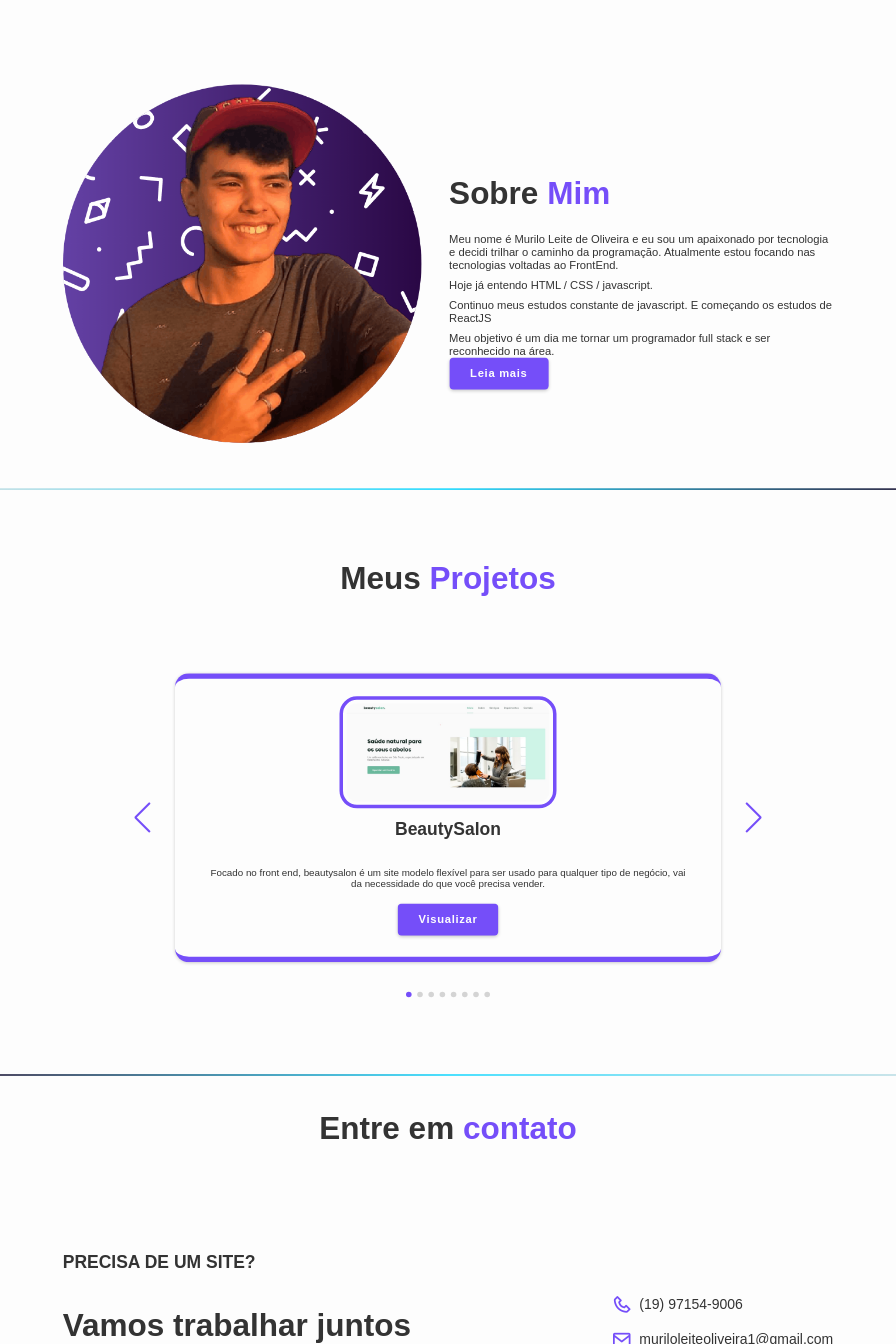
Repository: devMuriloOliveira/Portfolio-
Page: index.html
The author's editor kept a copy of each file at every save. The page is drawn from the files as they stood at one save, then again after the next save.
The browser window is 1280 px wide. The pictures show the part of the page from y = 844 to 2764 px (the page is 3085 px tall before and 3045 px after), at 70% of full size.
Some web fonts or font styles are not loaded; a fallback is used.

Above is the page before, as saved 2023-03-14 19:57:06.

### index.html
<!DOCTYPE html>
<html lang="en">
  <head>
    <meta charset="UTF-8" />
    <meta http-equiv="X-UA-Compatible" content="IE=edge" />
    <meta name="viewport" content="width=device-width, initial-scale=1.0" />
    <title>Murilo Oliveira</title>

    <!--swiper css-->
    <link
      rel="stylesheet"
      href="https://cdn.jsdelivr.net/npm/swiper@9/swiper-bundle.min.css"
    />

    <!--box icons-->
    <link
      href="https://unpkg.com/boxicons@2.1.4/css/boxicons.min.css"
      rel="stylesheet"
    />

    <!--font-->
    <link
      rel="stylesheet"
      href="https://fonts.googleapis.com/css2?family=Material+Symbols+Outlined:opsz,wght,FILL,GRAD@20..48,100..700,0..1,-50..200"
    />

    <!--css-->
    <link rel="stylesheet" href="style.css" />
  </head>
  <body>
    <header class="header">
      <a class="logo" href="#">Murilo<span>Oliveira</span>.</a>

      <nav class="navbar">
        <a href="#inicio" class="active">Início</a>
        <a href="#sobre">Sobre</a>
        <a href="#projetos">Projetos</a>
        <a href="#contato">Contato</a>
      </nav>

      <div class="bx bx bx-moon" id="darkMode-icon"></div>

      <div class="bx bx-menu" id="menu-icon"></div>

    </header>

    <!------------inicio------------>

    <section class="inicio" id="inicio">
      <div class="inicio-content">
        <h3>Olá, Eu sou</h3>
        <h1>Murilo Oliveira</h1>
        <p>
          Lorem ipsum dolor sit amet consectetur adipisicing elit. Rerum tenetur
          maiores ex, hic harum et voluptatum voluptas enim, consectetur,
          explicabo nobis quae quaerat laborum ea fugit ratione debitis suscipit
          expedita?
        </p>

        <div class="social-media">
          <a href="#"><i class="bx bxl-instagram"></i></a>
          <a href="#"><i class="bx bxl-linkedin"></i></a>
          <a href="#"><i class="bx bxl-github"></i></a>
        </div>

        <a href="#" class="btn">Entrar em contato</a>
      </div>

      <div class="profession-container">
        <div class="profession-box">
          <div class="profession" style="--i: 0">
            <i class="bx bx-code-alt"></i>
            <h3>desenvolvedor web</h3>
          </div>
          <div class="profession" style="--i: 1">
            <i class="bx bx-code-alt"></i>
            <h3>desenvolvedor web</h3>
          </div>
          <div class="profession" style="--i: 2">
            <i class="bx bx-code-alt"></i>
            <h3>desenvolvedor web</h3>
          </div>
          <div class="profession" style="--i: 3">
            <i class="bx bx-code-alt"></i>
            <h3>desenvolvedor web</h3>
          </div>
          <div class="circle"></div>
        </div>

        <div class="overlay"></div>
      </div>

      <div class="inicio-img">
        <img src="assets/homem_sorrindo-removebg-preview.png" alt="" />
      </div>
    </section>

    <!------------sobre------------>
    <div class="divider-1"></div>

    <section class="sobre" id="sobre">
      <div class="sobre-img">
        <img src="/assets/profile-pic (4).png" alt="" />
      </div>

      <div class="sobre-content">
        <h2 class="heading">Sobre <span>Mim</span></h2>

        <p>
          Meu nome é Murilo Leite de Oliveira e eu sou um apaixonado por
          tecnologia e decidi trilhar o caminho da programação. Atualmente estou
          focando nas tecnologias voltadas ao FrontEnd.
        </p>
        <br />
        <p>Hoje já entendo HTML / CSS / javascript.</p>
        <br />
        <p>
          Continuo meus estudos constante de javascript. E começando os estudos
          de ReactJS
        </p>
        <br />
        <p>
          Meu objetivo é um dia me tornar um programador full stack e ser
          reconhecido na área.
        </p>

        <a href="#" class="btn">Leia mais</a>
      </div>
    </section>

    <!------------projetos------------>
    <div class="divider-2"></div>


    <section class="projetos" id="projetos">
      <h2 class="heading">Meus <span>Projetos</span></h2>

      <div class="projetos-wrapper">
        <div class="projetos-box mySwiper">
          <div class="projetos-content swiper-wrapper">
            <div class="projetos-slide swiper-slide">
              <img src="/assets/fotos-projetos/salon.jpg" alt="" />
              <h3>BeautySalon</h3>
              <p>
                Focado no front end, beautysalon é um site modelo flexível para
                ser usado para qualquer tipo de negócio, vai da necessidade do
                que você precisa vender.
              </p>
              <a
                class="btn"
                target="_blank"
                href="https://devmurilooliveira.github.io/beautysalon/"
                >Visualizar</a
              >
            </div>

            <div class="projetos-slide swiper-slide">
              <img src="/assets/fotos-projetos/doctor-care.jpg" alt="" />
              <h3>DoctorCare</h3>
              <p>
                Focado no front end, DoctorCare é um site modelo flexível para
                ser usado para qualquer tipo de negócio, vai da necessidade do
                que você precisa vender.
              </p>
              <a
                class="btn"
                target="_blank"
                href="https://devmurilooliveira.github.io/doctor-car/"
                >Visualizar</a
              >
            </div>

            <div class="projetos-slide swiper-slide">
              <img src="/assets/fotos-projetos/alura-plus.jpg" alt="" />
              <h3>Alura Plus</h3>
              <p>
                Focado nas práticas do HTML e CSS a Alura Plus é uma tela
                inicial de um serviço de cursos, pode ser usado como para
                qualquer tipo de site que seguem esse estilo.
              </p>
              <a
                class="btn"
                target="_blank"
                href="https://devmurilooliveira.github.io/Alura-Plus/"
                >Visualizar</a
              >
            </div>

            <div class="projetos-slide swiper-slide">
              <img src="/assets/fotos-projetos/alura-books.jpg" alt="" />
              <h3>Alura Books</h3>
              <p>
                Focado nas práticas do HTML e CSS a Alura Books é um site modelo
                que pode ser usado para vendas de livros, totalmente responsivos
                para qualquer tipo de tela.
              </p>
              <a
                class="btn"
                target="_blank"
                href="https://devmurilooliveira.github.io/Alura-Books/"
                >Visualizar</a
              >
            </div>

            <div class="projetos-slide swiper-slide">
              <img src="/assets/fotos-projetos/hzc.jpg" alt="" />
              <h3>HZC</h3>
              <p>
                Focado nas práticas do HTML e CSS o HZC é uma tela inicial de um
                site de skatistas que pode ser usado como base para qualquer
                tipo de site, responsivo para mobile e desktop.
              </p>
              <a
                class="btn"
                target="_blank"
                href="https://devmurilooliveira.github.io/HZC/"
                >Visualizar</a
              >
            </div>

            <div class="projetos-slide swiper-slide">
              <img src="/assets/fotos-projetos/alura-mid.jpg" alt="" />
              <h3>Alura Mid</h3>
              <p>
                Focado nas práticas do javascript O Alura Midi é um instrumento
                musical de interface digital, onde a cada botão vamos reproduzir
                o som de um instrumento.
              </p>
              <a
                class="btn"
                target="_blank"
                href="https://alura-mid-eta.vercel.app/"
                >Visualizar</a
              >
            </div>

            <div class="projetos-slide swiper-slide">
              <img src="/assets/fotos-projetos/mochila-de-viagem.jpg" alt="" />
              <h3>Mochila de Viagem</h3>
              <p>
                Focado nas práticas do javascript o Mochila de Viagem é uma
                lista de itens, onde eu vou registrando tudo que eu não posso
                esquecer e na hora de montar a minha mochila estar tudo ali
                salvo.
              </p>
              <a
                class="btn"
                target="_blank"
                href="https://devmurilooliveira.github.io/Mochila-de-viagem/"
                >Visualizar</a
              >
            </div>

            <div class="projetos-slide swiper-slide">
              <img src="/assets/fotos-projetos/numero-secreto.jpg" alt="" />
              <h3>Numero Secreto</h3>
              <p>
                Focado nas práticas do javascript o Numero Secreto é um jogo
                onde você tem que adivinhar um numero aleatório entre 0 e 1000.
              </p>
              <a
                class="btn"
                target="_blank"
                href="https://jogo-numero-secreto-beige-rho.vercel.app/"
                >Visualizar</a
              >
            </div>
          </div>

          <div class="swiper-button-next"></div>
          <div class="swiper-button-prev"></div>
          <div class="swiper-pagination"></div>
        </div>
      </div>
    </section>

    <!---------------------------contato---------------------------------->
    <div class="divider-1"></div>


    <section class="contato" id="contato">
      <h2 class="heading">Entre em  <span>contato</span></h2>
      <div class="contato-container">
        <div class="text">
          <p>PRECISA DE UM SITE?</p>
          <h2 class="title">Vamos trabalhar juntos</h2>
          <a
            href="https://api.whatsapp.com/send?phone=+5519971549006&text=Oi"
            class="btn"
            target="_blank"
            ><i class='bx bxl-whatsapp' ></i></i> Entrar em contato</a
          >
        </div>

        <div class="links">
          <ul class="grid">
            <li><i class='bx bx-phone'></i></i> (19) 97154-9006</li>
            <li><i class='bx bx-envelope' ></i></i> muriloleiteoliveira1@gmail.com</li>
          </ul>
        </div>

      </div>
    </section>

    <!--------------------------------footer----------------------------------->

    <footer class="footer">
      <div class="footer-text">
        <p>Copyright &copy; 2023 Murilo Oliveira. | Todos os direitos reservados.</p>
      </div>

      <div class="footer-iconTop">
        <a href="#"><i class='bx bx-up-arrow-alt'></i></a>
      </div>
    </footer>

    <!--swiper js-->
    <script src="https://cdn.jsdelivr.net/npm/swiper@9/swiper-bundle.min.js"></script>

    <!--main js-->
    <script src="/main.js"></script>
  </body>
</html>

### style.css
*{
  margin: 0;
  padding: 0;
  box-sizing: border-box;
  text-decoration: none;
  border: none;
  outline: none;
  scroll-behavior: smooth;
  font-family: 'Poppins', sans-serif;
}

:root{
  --bg-color: #fdfdfd;
  --text-color: #333;
  --main-color: #754ef9;
  --white-color: #fdfdfd;
  --shadow-color: rgba(0, 0, 0, .2);
}

html{
  font-size: 62.5%;
  overflow-x: hidden;
}

body{
  background: var(--bg-color);
  color: var(--text-color);
}

.divider-1 {
  height: 2px;
  margin: 50px 0;
  background: rgb(2,0,36);
  background: linear-gradient(90deg, rgba(2,0,36,1) 0%, rgba(0,212,255,1) 50%, rgba(0,132,158,0.28895308123249297) 100%);
}

.divider-2 {
  height: 2px;
  background: rgb(0,132,158);
  background: linear-gradient(90deg, rgba(0,132,158,0.28895308123249297) 0%, rgba(0,212,255,1) 50%, rgba(2,0,36,1) 100%);
}


.header{
  position: fixed;
  top: 0;
  left: 0;
  width: 100%;
  padding: 2rem 7%;
  background: transparent;
  display: flex;
  align-items: center;
  z-index: 100;
  transition: .5s;
}

.sticky{
  background: var(--bg-color);
  box-shadow: 0 .1rem 1rem var(--shadow-color);
}

.logo{
  font-size: 2.5rem;
  color: var(--main-color);
  font-weight: 600;
  cursor: default;
  margin-right: auto;
}

.navbar a{
  position: relative;
  font-size: 1.7rem;
  color: var(--white-color);
  font-weight: 500;
  margin-right: 3.5rem;
}

 .sticky .navbar a{
  color: var(--text-color);
}

 .sticky .navbar a.active{
  color: var(--main-color);
}


.navbar a.active::before{
  content: '';
  position: absolute;
  left: 0;
  bottom: -6px;
  width: 100%;
  height: .2rem;
  background: var(--white-color);
}

  .sticky .navbar a::before{
  background: var(--main-color);
  opacity: .7;
}


#darkMode-icon{
  font-size: 2.4rem;
  color: var(--white-color);
  cursor: pointer;
}

.sticky #darkMode-icon{
  color: var(--text-color);
  opacity: .9;
}

#menu-icon{
  font-size: 3.6rem;
  color: var(--text-color);
  display: none;
}

section{
  min-height: 100vh;
  padding: 10rem 7% 2rem;
}

.inicio{
  display: flex;
  align-items: center;
}

.inicio .inicio-content{
  max-width: 44rem;
}

.inicio-content h3{
  font-size: 3.2rem;
  font-weight: 700;
  line-height: .3;
}

.inicio-content h1{
  font-size: 5.6rem;
  font-weight: 700;
  margin-bottom: .3rem;
}

.inicio-content p{
  font-size: 1.6rem;
}

.inicio-content .social-media a{
  display: inline-flex;
  justify-content: center;
  align-items: center;
  width: 4rem;
  height: 4rem;
  background: transparent;
  border: .2rem solid var(--main-color);
  border-radius: 50%;
  box-shadow: 0 .2rem .5rem var(--shadow-color);
  font-size: 2rem;
  color: var(--main-color);
  margin: 2.5rem 1.5rem 3rem 0;
  transition: .5s ease;
}

.inicio-content .social-media a:hover{
  background: var(--main-color);
  color: var(--white-color);
}

.btn{
  display: inline-block;
  padding: 1.2rem 2.8rem;
  background: var(--main-color);
  border-radius: .6rem;
  box-shadow: 0 .2rem .5rem var(--shadow-color);
  font-size: 1.6rem;
  color: var(--white-color);
  letter-spacing: .1rem;
  font-weight: 600;
  border: .2rem solid transparent;
  transition: .5s ease;
}

.btn:hover{
  background: transparent;
  color: var(--main-color);
  border-color: var(--main-color);
}

.inicio .profession-container{
  position: absolute;
  top: 50%;
  right: 0;
  transform: translateY(-50%);
  width: 768px;
  height: 768px;

  overflow: hidden;
  pointer-events: none;
}

.inicio .profession-container .profession-box{
  position: absolute;
  top: 0;
  right: 0;
  width: 768px;
  height: 768px;
  border-radius: 50%;
  display: flex;
  justify-content: center;
  align-items: center;
}

.inicio .profession-box .profession{
  position: absolute;
  left: 0;
  display: flex;
  align-items: center;
  flex-direction: column;
  color: var(--main-color);
  transform: rotate(calc(360deg / 4 * var(--i)));
  transform-origin: 384px;
  background: var(--bg-color);
  padding: 13px 0;
}

.inicio .profession-box .profession:nth-child(1) i {
  margin-right: 15px;
}

.inicio .profession-box .profession:nth-child(2),
.inicio .profession-box .profession:nth-child(4) {
  padding-bottom: 20px;
}

.inicio .profession i{
  font-size: 3.8rem;
}

.inicio .profession h3{
  font-size: 3.2rem;
  line-height: 1;
  font-weight: 600;
}

.inicio .profession-box .circle{
  width: 560px;
  height: 560px;

  border: 3px solid var(--main-color);
  border-radius: 50%;
}

.inicio .profession-container .overlay{
  position: absolute;
  top: 0;
  right: 0;
  width: 0;
  height: 0;
  border-top: 384px solid var(--main-color);
  border-right: 384px solid var(--main-color);
  border-bottom: 384px solid var(--main-color);
  border-left: 384px solid transparent;

}

.inicio-img img{
  position: absolute;
  bottom: 0;
  right: 0;
  width: 50%;
  pointer-events: none;
}

span{
  color: var(--main-color);
}

.sobre{
  display: flex;
  justify-content: center;
  align-items: center;
  gap: 4rem;
}

.sobre-img img{
  width: 40vw;
}

.heading{
  font-size: 4.5rem;
  text-align: center;
  margin: 5rem 0;
}

.sobre-content h2{
  text-align: left;
  line-height: 1.2;
  margin-bottom: 3rem;
}

.sobre-content p{
  font-size: 1.6rem;

}

/*--------------------projetos-------------------*/

.projetos{
  display: flex;
  align-items: center;
  flex-direction: column;
  width: 100%;
  padding: 5rem 1rem;
}

.projetos .projetos-wrapper{
  position: relative;
  max-width: 90rem;
  width: 100%;
  padding: 5rem;
}

.projetos-wrapper .projetos-box{

  padding: 1rem;
  border-radius: 2rem;
  overflow: hidden;
}

.projetos-content .projetos-slide{
  display: flex;
  align-items: center;
  flex-direction: column;
  background: var(--bg-color);
  border-radius: 2rem;
  box-shadow: 0 .1rem .5rem var(--shadow-color);
  padding: 3rem 5rem;
  border-top: .8rem solid var(--main-color);
  border-bottom: .8rem solid var(--main-color);
}

.projetos-slide img{
  height: 15rem;
  width: 30rem;
  object-fit: cover;
  border-radius: 2rem;
  border: .5rem solid var(--bg-color);
  outline: .5rem solid var(--main-color);
}

.projetos-slide h3{
  font-size: 2.5rem;
  margin: 2rem 0;
}

.projetos-slide p{
  font-size: 1.4rem;
  text-align: center;
  margin: 2rem 0;
}

.projetos-box .swiper-button-next,
.projetos-box .swiper-button-prev{
  color: var(--main-color);
}

.projetos-box .swiper-button-next{
  right: 0;
}

.projetos-box .swiper-button-prev{
  left: 0;
}

.projetos-box .swiper-pagination-bullet{
  background: rgba(0, 0, 0, .8);
}

.projetos-box .swiper-pagination-bullet-active{
  background: var(--main-color);
}

/*=================contato=====================*/
#contato{
  margin-top: -15rem;
}

.contato-container{
  display: flex;
  align-items: center;
  margin-top: 15rem;
}

#contato .text{
  margin-right: auto;
}

#contato .text p{
  font-size: 2.5rem;
  font-weight: 700;

}

#contato .title{
  font-size: 4.5rem;
  font-weight: 700;
  margin: 5rem 0 3rem 0;
}

#contato .btn {
  display: inline-flex;
  align-items: center;
}

#contato .btn i{
  font-size: 3rem;
  align-items: center;
}

#contato .links{
  font-size: 2rem;

}

#contato .links ul li {
  display: flex;
  align-items: center;
  margin-bottom: 2rem;

}

#contato .links i {
  color: var(--main-color);
  margin-right: 1rem;
  font-size: 3rem;
}

/*====================footer=====================*/

.footer{
  display: flex;
  justify-content: space-between;
  align-items: center;
  flex-wrap: wrap;
  padding: 2rem 7%;
  background: var(--main-color);
}

.footer-text{
  font-size: 1.6rem;
  color: var(--white-color);
}

.footer-iconTop a{
  display: inline-flex;
  justify-content: center;
  align-items: center;
  padding: .8rem;
  background: var(--white-color);
  border-radius: .8rem;
  border: .2rem solid var(--main-color);
  outline: .2rem solid transparent;
  transition: .5s ease;
}

.footer-iconTop a:hover{
  outline-color: var(--white-color);
}

.footer-iconTop a i{
  font-size: 2.4rem;
  color: #333;
}


/*------------------------------------breakpoint-----------------------------------*/

@media (max-width: 1200px){
  html{
    font-size: 55%;
  }

  .inicio .profession-container{
    height: 85.8rem;
  }

  .inicio .profession-container .profession-box{
    right: -12rem;
    height: 85.8rem;
  }

  .inicio .profession-container .overlay{
    right: -9rem;
  }
}

@media (max-width: 1024px){
  .header{
    padding: 2rem 3%;
  }

  section{
    padding: 10rem 3% 2rem;
  }

  .inicio .profession-container .profession-box{
    right: -22rem;
  }

  .inicio .profession-container .overlay{
    right: -15rem;
  }
}

@media (max-width: 991px){
  .navbar a:nth-child(1),
  .navbar a:nth-child(2){
    color: var(--main-color);
  }

  .navbar a.active::before{
    background: var(--main-color);
    opacity: .7;
  }

  .inicio .inicio-content{
    max-width: 50rem;
  }

  .inicio .profession-container .profession-box{
    right: -45rem;
  }

  .inicio .profession-container .overlay{
    right: -39.5rem;
  }

  .inicio-img img{
    display: none;
  }

  .contato{
    min-height: auto;
  }

  .footer{
    padding: 2rem 3%;
  }

}

@media (max-width: 768px){
  #menu-icon{
    display: block;
  }

  #darkMode-icon{
    position: absolute;
    right: 7rem;
    font-size: 2.6rem;
    color: var(--text-color);
    margin-bottom: .1rem;
  }

  .navbar{
    position: absolute;
    top: 100%;
    left: 0;
    width: 100%;
    padding: 1rem 3%;
    background: var(--bg-color);
    border: .1rem solid rgba(0, 0, 0, .2);
    box-shadow: 0 .5rem 1rem rgba(0, 0, 0, .1);
    display: none;
  }

  .active{
    display: block;
  }


  .navbar a{
    display: block;
    font-size: 3rem 0;
    margin: 3rem 0;
    color: var(--text-color);
  }

  .navbar a:nth-child(1),
  .navbar a:nth-child(2){
    color: var(--text-color);
  }

  .navbar a.active{
    color: var(--main-color);
  }

  .navbar a::before{
    display: none;
  }

  .inicio{
    padding: 0 3% 12rem;
    justify-content: center;
    text-align: center;
  }

  .inicio-content h3{
    font-size: 2.6rem;
  }

  .inicio-content h1{
    font-size: 5rem;
  }

  .inicio-content .social-media a{
    margin: 2.5rem .75rem 3rem;
  }

  .inicio .profession-container{
    left: 0;
    width: 100%;
    height: 100%;
  }

  .inicio .profession-container .profession-box{
    position: fixed;
    top: 60%;
    left: 0;
    border-radius: 0;
    width: 100%;
  }

  .inicio .profession-box .profession{
    padding: 0 13px;
    left: auto;
    transform-origin: 0;
  }

  .inicio .profession-box .profession:nth-child(1){
    transform: rotate(-90deg) translate(-120px, -120px);
  }

  .inicio .profession-box .profession:nth-child(1) i{
    margin: 0;
  }

  .inicio .profession-box .profession:nth-child(2){
    transform: rotate(0deg) translate(0, -335px);
  }

  .inicio .profession-box .profession:nth-child(3){
    transform: rotate(90deg) translate(-115px, -450px);
  }

  .inicio .profession-box .profession:nth-child(4){
    transform: rotate(180deg) translate(220px, -335px);
  }

  .inicio .profession-box .circle{
    position: fixed;
    width: 670px;
    height: 670px;
    z-index: -1;
  }

  .inicio .profession-container .overlay{
    position: fixed;
    top: 70rem;
    left: 50%;
    right: 0;
    transform: rotate(90deg) translate(-50%, 50%) scaleY(3);
    border-width: 23.9rem;
  }

  .sobre{
    flex-direction: column-reverse;
    text-align: center;
  }

  .sobre-content h2{
    text-align: center;
  }

  .sobre-img img{
    width: 70vw;
    margin-top: -2rem;
  }

  .projetos .projetos-wrapper{
    padding: 5rem 0;
  }

  .projetos-content .projetos-slide{
    padding: 3rem 2rem;
  }

  .projetos-box .swiper-button-next,
  .projetos-box .swiper-button-prev{
    display: none;
  }

  .contato-container{
    display: block;
    align-items: center;
    margin-top: 15rem;
    text-align: center;
  }

  #contato .text p{
    margin-top: -5rem;
    margin-bottom: -3rem;
  }

  #contato .links .grid{
    display: inline-block;
    margin: 5rem 0;
  }

}

@media (max-width: 450px){
  html{
    font-size: 50%;
  }

  #darkMode-icon{
    right: 6rem;
  }

  .inicio{
    padding: 0 3% 30rem;
  }

  .inicio .profession-box .profession:nth-child(1){
    transform: rotate(-90deg) translate(-110px, -220px);
  }

  .inicio .profession-box .profession:nth-child(2){
    transform: rotate(0deg) translate(5px, -335px);
  }

  .inicio .profession-box .profession:nth-child(3){
    transform: rotate(90deg) translate(-105px, -440px);
  }

  .inicio .profession-box .profession:nth-child(4){
    transform: rotate(180deg) translate(-210px, -335px);
  }
}

@media (max-width: 365px){
  .sobre-img img{
    width: 90vw;
  }

  .footer{
    flex-direction: column-reverse;
  }
  .footer p{
    text-align: center;
    margin-top: 2rem;
  }
}

Loaded but not shown: main.js (62 lines, source omitted)

After the next save:
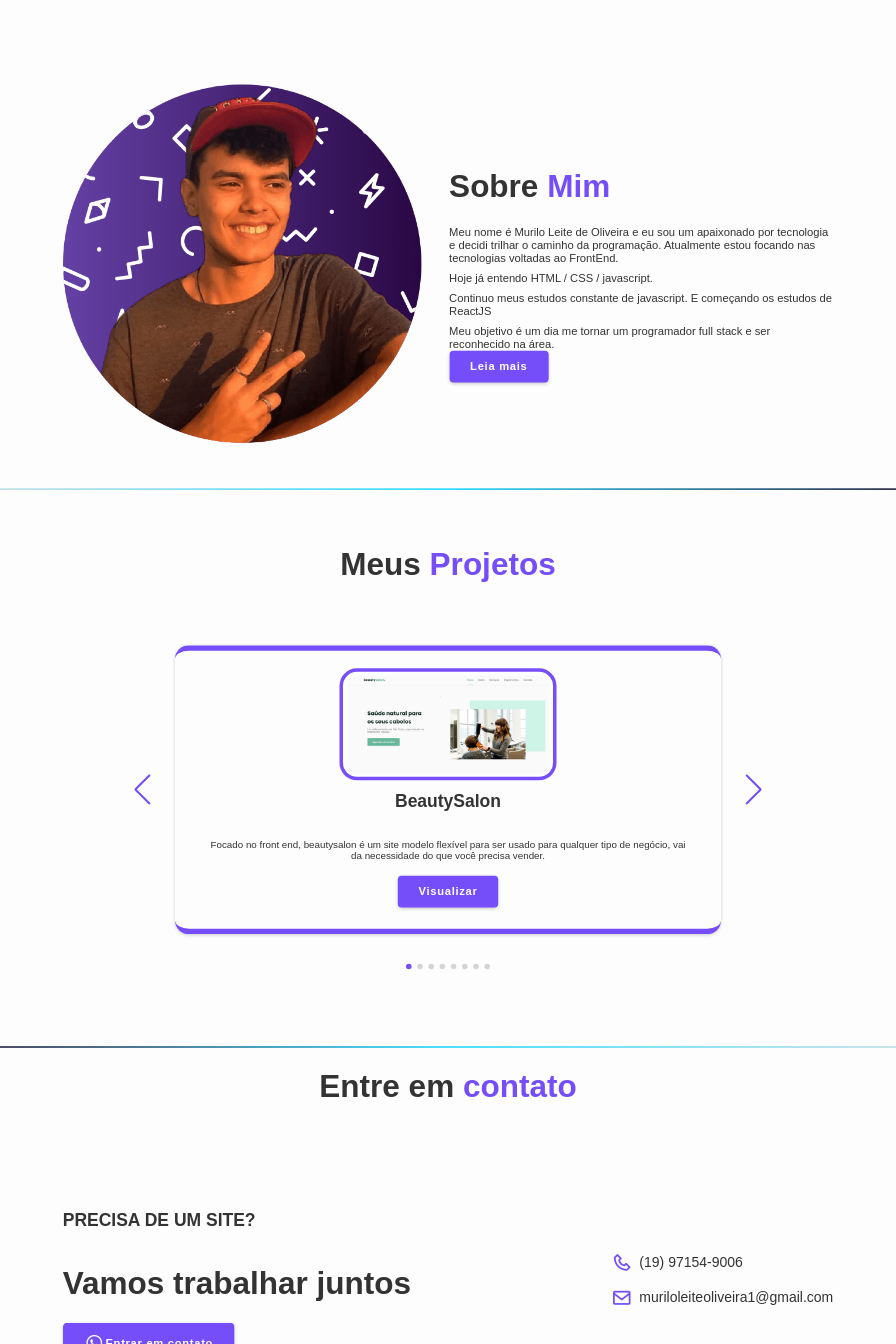
Saved 5 s later.
--- a/style.css
+++ b/style.css
@@ -291,7 +291,7 @@ span{
 .heading{
   font-size: 4.5rem;
   text-align: center;
-  margin: 5rem 0;
+  margin: 3rem 0;
 }
 
 .sobre-content h2{
